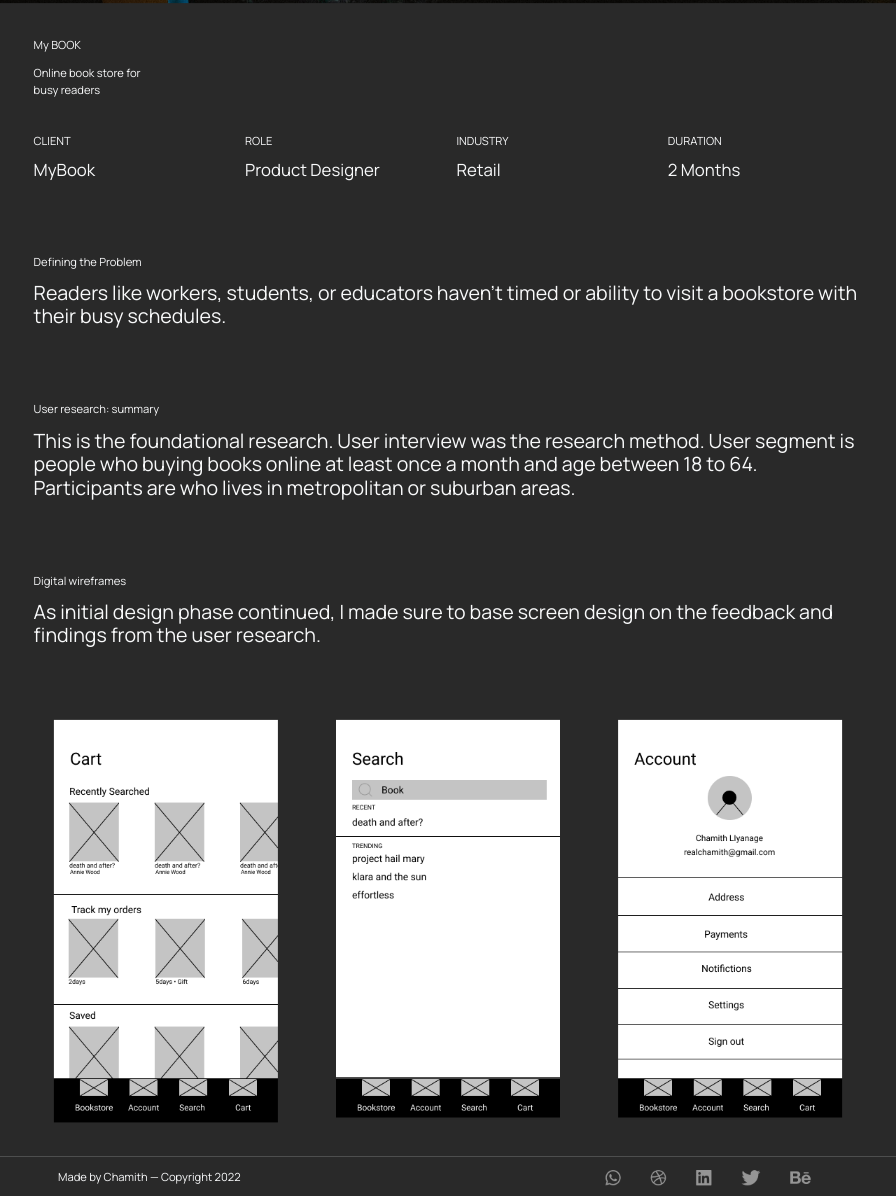
Repository: Realchamithweb/chamith-html
Page: work.html
These files come from the project's save history. The page is drawn as it stood at one moment and after the next save; the edit follows.
The browser window is 1280 px wide. The pictures show the part of the page from y = 709 to 2629 px (the page is 2418 px tall before and 2629 px after), at 70% of full size.

Above is the page before, as saved 2023-01-24 07:49:18.

After the next save:
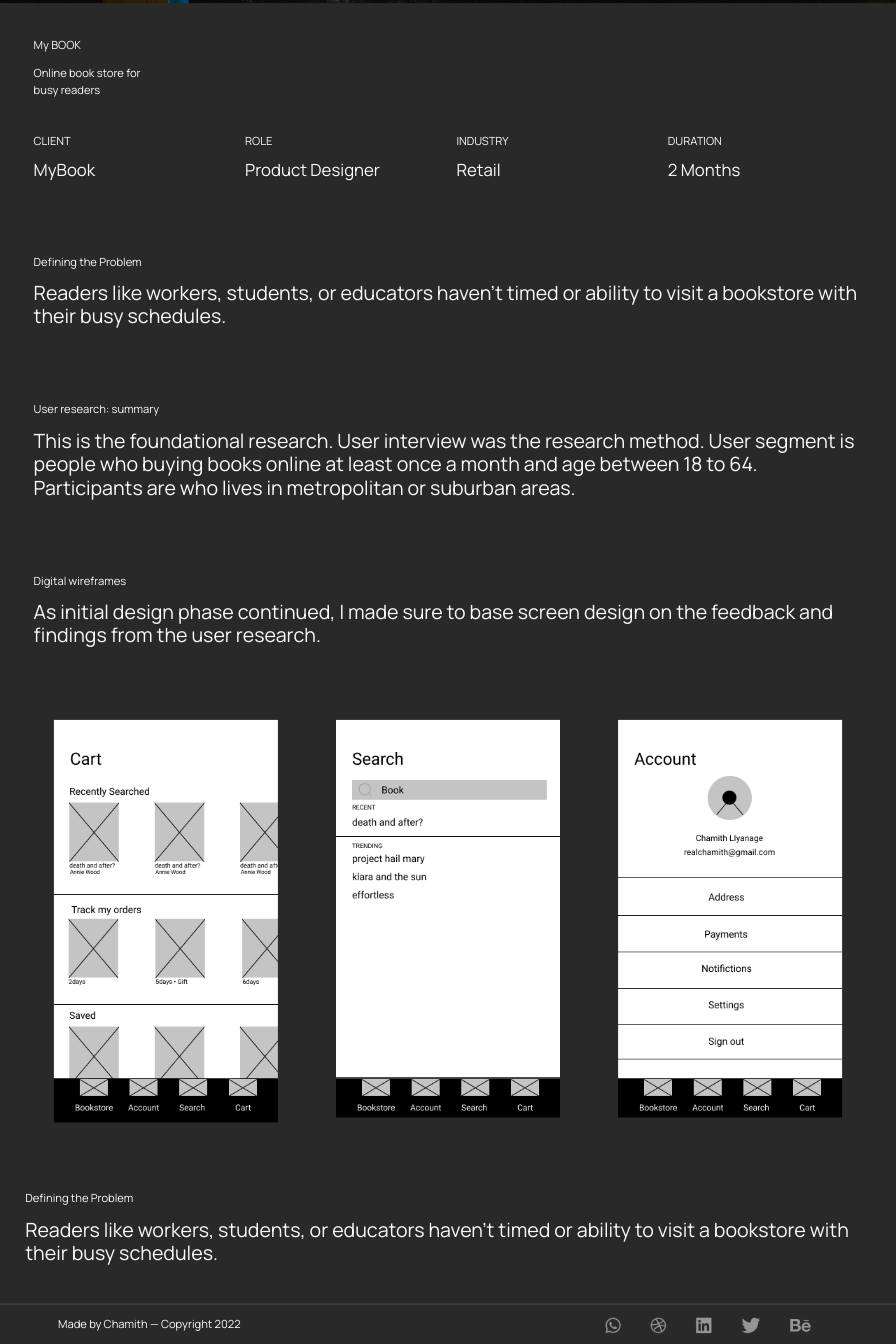
Saved 8 s later.
--- a/work.html
+++ b/work.html
@@ -105,7 +105,14 @@
                     </div>
                 </div>
             </section>
-
+            <section>
+                <div class="row">
+                    <div class="col-lg-12 text-light p-5">
+                        <p>Defining the Problem</p>
+                        <h3>Readers like workers, students, or educators haven't timed or ability to visit a bookstore with their busy schedules.</h3>
+                    </div>
+                </div>
+            </section>
             <section>
               <div class="footer">
                   <div class="container-fluid">
